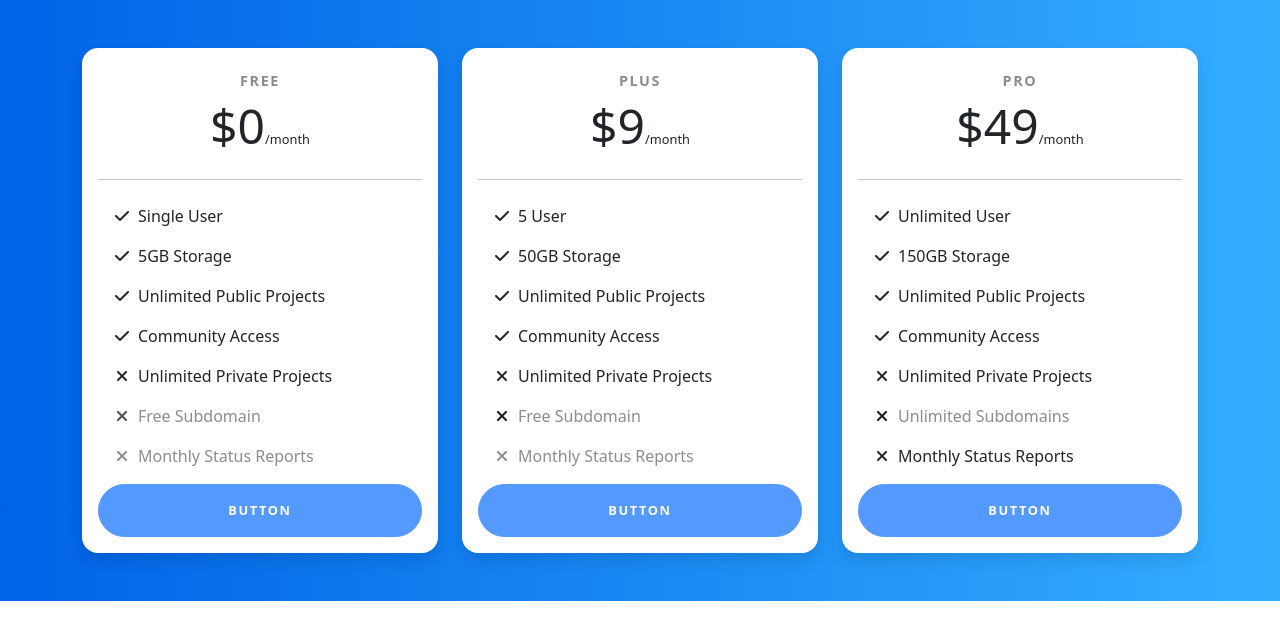
Repository: muzthy8/price-card
Page: /
An editor plug-in stored every save of this project. The page is shown before and after the next save, followed by the edit.
The browser window is 1280 px wide. The pictures show the whole page.
Some web libraries are served in a nearby version. The project was rebuilt for these pictures with package versions that can differ from the ones it lists, and the page was loaded fresh each time.

Above is the page before, as saved 2023-06-23 12:42:41.

### public/index.html
<!DOCTYPE html>
<html lang="en">
  <head>
    <meta charset="utf-8" />
    <link rel="icon" href="%PUBLIC_URL%/favicon.ico" />
    <meta name="viewport" content="width=device-width, initial-scale=1" />
    <meta name="theme-color" content="#000000" />
    <meta
      name="description"
      content="Web site created using create-react-app"
    />
    <link rel="apple-touch-icon" href="%PUBLIC_URL%/logo192.png" />
    <!--
      manifest.json provides metadata used when your web app is installed on a
      user's mobile device or desktop. See https://developers.google.com/web/fundamentals/web-app-manifest/
    -->
    <link rel="manifest" href="%PUBLIC_URL%/manifest.json" />
    <!--
      Notice the use of %PUBLIC_URL% in the tags above.
      It will be replaced with the URL of the `public` folder during the build.
      Only files inside the `public` folder can be referenced from the HTML.

      Unlike "/favicon.ico" or "favicon.ico", "%PUBLIC_URL%/favicon.ico" will
      work correctly both with client-side routing and a non-root public URL.
      Learn how to configure a non-root public URL by running `npm run build`.
    -->
    <link href="https://cdn.jsdelivr.net/npm/bootstrap@5.3.0/dist/css/bootstrap.min.css" rel="stylesheet" integrity="sha384-9ndCyUaIbzAi2FUVXJi0CjmCapSmO7SnpJef0486qhLnuZ2cdeRhO02iuK6FUUVM" crossorigin="anonymous">
    <!-- <link rel="stylesheet" href="https://cdnjs.cloudflare.com/ajax/libs/font-awesome/6.4.0/css/all.min.css" integrity="sha512-iecdLmaskl7CVkqkXNQ/ZH/XLlvWZOJyj7Yy7tcenmpD1ypASozpmT/E0iPtmFIB46ZmdtAc9eNBvH0H/ZpiBw==" crossorigin="anonymous" referrerpolicy="no-referrer" /> -->
    <title>Price Card</title>
  </head>
  <body>
    <noscript>You need to enable JavaScript to run this app.</noscript>
    <div id="root"></div>
    <!--
      This HTML file is a template.
      If you open it directly in the browser, you will see an empty page.

      You can add webfonts, meta tags, or analytics to this file.
      The build step will place the bundled scripts into the <body> tag.

      To begin the development, run `npm start` or `yarn start`.
      To create a production bundle, use `npm run build` or `yarn build`.
    -->
    <script src="https://kit.fontawesome.com/9fec16f909.js" crossorigin="anonymous"></script>
  </body>
</html>

### src/App.js

import Card from "./card";

function App() {
  let data = [
    {
      plan:"FREE",
      price:"0",
      users:"Single User",
      isUsers:true,
      storage:"5GB Storage",
      isStorage:true,
      publicProjects:"Unlimited Public Projects",
      isPublicProjects:true,
      communityAccess:"Community Access",
      isCommunityAccess:true,
      privateProjects:"Unlimited Private Projects",
      isPrivateProjects:true,
      phoneSupports:"Dedicated Phone Support",
      isPhoneSupport:false,
      subDomain:"Free Subdomain",
      isSubDomain:false,
      reports:"Monthly Status Reports",
      isReports:false
    },
    {
      plan:"PLUS",
      price:"9",
      users:"5 User",
      isUsers:true,
      storage:"50GB Storage",
      isStorage:true,
      publicProjects:"Unlimited Public Projects",
      isPublicProjects:true,
      communityAccess:"Community Access",
      isCommunityAccess:true,
      privateProjects:"Unlimited Private Projects",
      isPrivateProjects:true,
      phoneSupports:"Dedicated Phone Support",
      isPhoneSupport:true,
      subDomain:"Free Subdomain",
      isSubDomain:true,
      reports:"Monthly Status Reports",
      isReports:false
    },
    {
      plan:"PRO",
      price:"49",
      users:"Unlimited User",
      isUsers:true,
      storage:"150GB Storage",
      isStorage:true,
      publicProjects:"Unlimited Public Projects",
      isPublicProjects:true,
      communityAccess:"Community Access",
      isCommunityAccess:true,
      privateProjects:"Unlimited Private Projects",
      isPrivateProjects:true,
      phoneSupports:"Dedicated Phone Support",
      isPhoneSupport:true,
      subDomain:"Unlimited Subdomains",
      isSubDomain:true,
      reports:"Monthly Status Reports",
      isReports:true
    }
  ]
  return <>
  <section className="pricing py-5">
  <div className="container">
    <div className="row">
          <Card data = {data[0]}/>
          <Card data = {data[1]}/>
          <Card data = {data[2]}/>
    </div>
    </div>
</section>
  </>
}

export default App;

### src/card.js
import React from 'react'

function card({data}) {
    console.log(data)
  return <>
  {/* <!-- Free Tier --> */}
  <div className="col-lg-4">
        <div className="card mb-5 mb-lg-0">
          <div className="card-body">
            <h5 className="card-title text-muted text-uppercase text-center">{data.plan}</h5>
            <h6 className="card-price text-center">${data.price}<span className="period">/month</span></h6>
            <hr/>
            <ul className="fa-ul">
              <li className={data.isUsers?"":"text-muted"}><span className="fa-li"><i className="fas fa-check"></i></span>{data.users}</li>
              <li className={data.isStorage?"":"text-muted"}><span className="fa-li"><i className="fas fa-check"></i></span>{data.storage}</li>
              <li className={data.isPublicProjects?"":"text-muted"}><span className="fa-li"><i className="fas fa-check"></i></span>{data.publicProjects}</li>
              <li className={data.isCommunityAccess?"":"text-muted"}><span className="fa-li"><i className="fas fa-check"></i></span>{data.communityAccess}</li>
              <li className={data.isPrivateProjects?"":"text-muted"}><span className="fa-li"><i className="fas fa-times"></i></span>{data.privateProjects}</li>
              <li className={data.isPhoneSupport?"":"text-muted"}><span className="fa-li"><i className="fas fa-times"></i></span>{data.phoneSupport}</li>
              <li className={data.isSubdomain?"":"text-muted"}><span className="fa-li"><i className="fas fa-times"></i></span>{data.subDomain}
              </li>
              <li className={data.isReports?"":"text-muted"}><span className="fa-li"><i className="fas fa-times"></i></span>{data.reports}</li>
            </ul>
            <div className="d-grid">
              <a href="javascript(void)" className="btn btn-primary text-uppercase">Button</a>
            </div>
          </div>
        </div>
      </div>
  </>
}
export default card

Loaded but not shown: src/index.js (common file); src/index.css (common file)

After the next save:
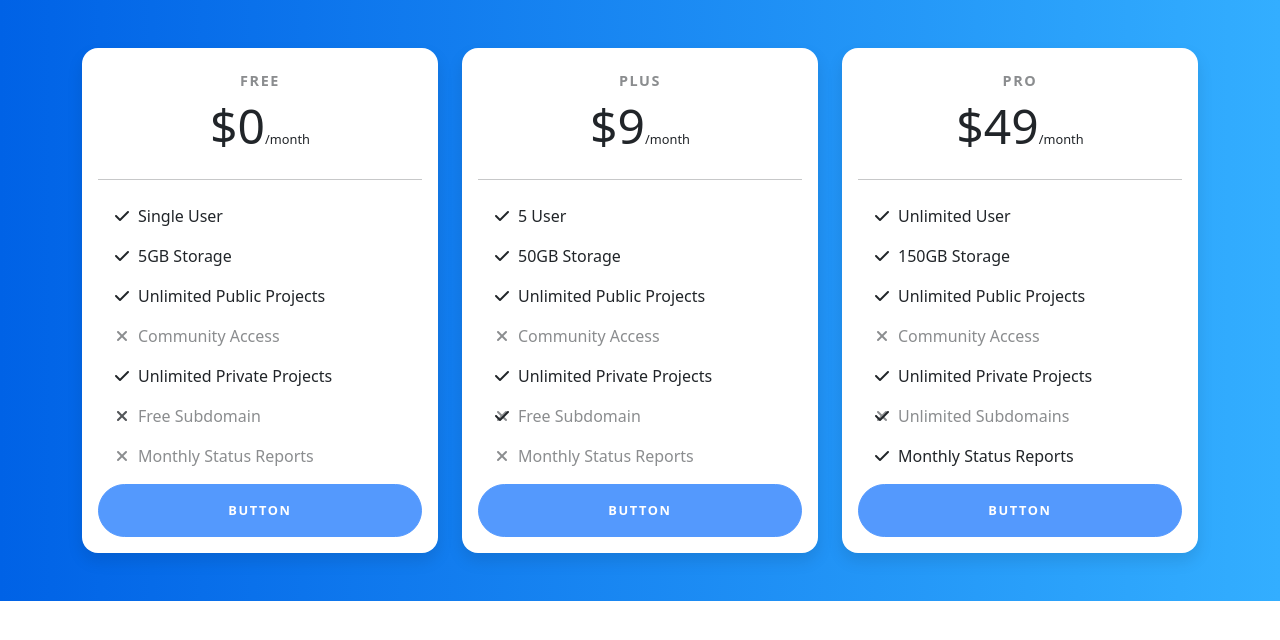
Saved 19 h 28 min later.
--- a/src/card.js
+++ b/src/card.js
@@ -11,15 +11,14 @@ function card({data}) {
             <h6 className="card-price text-center">${data.price}<span className="period">/month</span></h6>
             <hr/>
             <ul className="fa-ul">
-              <li className={data.isUsers?"":"text-muted"}><span className="fa-li"><i className="fas fa-check"></i></span>{data.users}</li>
-              <li className={data.isStorage?"":"text-muted"}><span className="fa-li"><i className="fas fa-check"></i></span>{data.storage}</li>
-              <li className={data.isPublicProjects?"":"text-muted"}><span className="fa-li"><i className="fas fa-check"></i></span>{data.publicProjects}</li>
-              <li className={data.isCommunityAccess?"":"text-muted"}><span className="fa-li"><i className="fas fa-check"></i></span>{data.communityAccess}</li>
-              <li className={data.isPrivateProjects?"":"text-muted"}><span className="fa-li"><i className="fas fa-times"></i></span>{data.privateProjects}</li>
-              <li className={data.isPhoneSupport?"":"text-muted"}><span className="fa-li"><i className="fas fa-times"></i></span>{data.phoneSupport}</li>
-              <li className={data.isSubdomain?"":"text-muted"}><span className="fa-li"><i className="fas fa-times"></i></span>{data.subDomain}
-              </li>
-              <li className={data.isReports?"":"text-muted"}><span className="fa-li"><i className="fas fa-times"></i></span>{data.reports}</li>
+              <li className={data.isUsers?"":"text-muted"}><span className="fa-li"><i className={data.isUsers?"fas fa-check":"fas fa-times"}></i></span>{data.users}</li>
+              <li className={data.isStorage?"":"text-muted"}><span className="fa-li"><i className={data.isStorage?"fas fa-check":"fas fa-times"}></i></span>{data.storage}</li>
+              <li className={data.isPublicProjects?"":"text-muted"}><span className="fa-li"><i className={data.isPublicProjects?"fas fa-check":"fas fa-times"}></i></span>{data.publicProjects}</li>
+              <li className={data.isCommunityAcces?"":"text-muted"}><span className="fa-li"><i className={data.isCommunityAcces?"fas fa-check":"fas fa-times"}></i></span>{data.communityAccess}</li>
+              <li className={data.isPrivateProjects?"":"text-muted"}><span className="fa-li"><i className={data.isPrivateProjects?"fas fa-check":"fas fa-times"}></i></span>{data.privateProjects}</li>
+              <li className={data.isPhoneSupport?"":"text-muted"}><span className="fa-li"><i className={data.isPhoneSupport?"fas fa-check":"fas fa-times"}></i></span>{data.phoneSupport}</li>
+              <li className={data.isSubdomain?"":"text-muted"}><span className="fa-li"><i className={data.isSubdomain?"fas fa-check":"fas fa-times"}></i></span>{data.subDomain}</li>
+              <li className={data.isReports?"":"text-muted"}><span className="fa-li"><i className={data.isReports?"fas fa-check":"fas fa-times"}></i></span>{data.reports}</li>
             </ul>
             <div className="d-grid">
               <a href="javascript(void)" className="btn btn-primary text-uppercase">Button</a>
